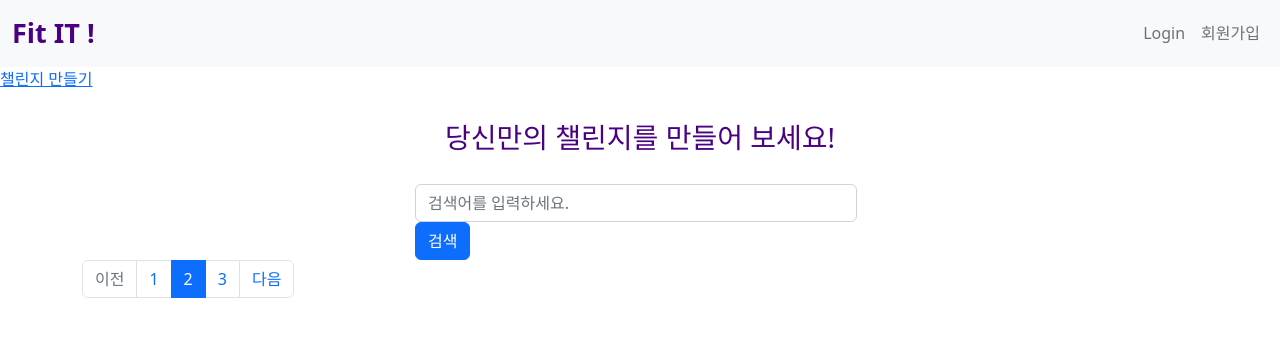
Repository: 4everGirls/Fit-IT-FRONT
Page: /makeChallenge (app in FrontEnd/fit-it/)
The author's editor kept a copy of each file at every save. The page is drawn from the files as they stood at one save, then again after a run of saves.
The browser window is 1280 px wide. The pictures show the whole page.
The project was rebuilt for these pictures with package versions that can differ from the ones it lists, and the page was loaded fresh each time. Also part of the build but not shown: FrontEnd/fit-it/vue.config.js, FrontEnd/fit-it/src/views/HomeView.vue, FrontEnd/fit-it/src/components/user/RegistUser.vue, FrontEnd/fit-it/src/components/user/LoginUser.vue.

Above is the page before, as saved 2022-11-20 12:29:39.

### FrontEnd/fit-it/public/index.html
<!DOCTYPE html>
<html lang="">
  <head>
    <meta charset="utf-8" />
    <meta http-equiv="X-UA-Compatible" content="IE=edge" />
    <meta name="viewport" content="width=device-width,initial-scale=1.0" />
    <link rel="icon" href="<%= BASE_URL %>favicon.ico" />
    <link
      href="https://cdn.jsdelivr.net/npm/bootstrap@5.2.2/dist/css/bootstrap.min.css"
      rel="stylesheet"
      integrity="sha384-Zenh87qX5JnK2Jl0vWa8Ck2rdkQ2Bzep5IDxbcnCeuOxjzrPF/et3URy9Bv1WTRi"
      crossorigin="anonymous"
    />
    <script
      src="https://cdn.jsdelivr.net/npm/bootstrap@5.2.2/dist/js/bootstrap.bundle.min.js"
      integrity="sha384-OERcA2EqjJCMA+/3y+gxIOqMEjwtxJY7qPCqsdltbNJuaOe923+mo//f6V8Qbsw3"
      crossorigin="anonymous"
    ></script>
    <title><%= htmlWebpackPlugin.options.title %></title>
  </head>
  <body>
    <noscript>
      <strong
        >We're sorry but <%= htmlWebpackPlugin.options.title %> doesn't work
        properly without JavaScript enabled. Please enable it to
        continue.</strong
      >
    </noscript>
    <div id="app"></div>
    <!-- built files will be auto injected -->
  </body>
</html>

### FrontEnd/fit-it/src/App.vue
<template>
  <div id="app">
    <header-nav/>

    <router-link to="/makeChallenge">챌린지 만들기</router-link>
    <router-view />

  </div>
</template>

<script>
import HeaderNav from "@/components/common/HeaderNav.vue";

export default {
  name: "App",
  components: {
    HeaderNav,
  }
}
</script>

<style>
* {
  margin: 0;
  padding: 0;
  box-sizing: border-box;
  list-style: none;
}

.text-center {
  text-align: center;
}

</style>

### FrontEnd/fit-it/src/router/index.js
import Vue from "vue";
import VueRouter from "vue-router";
import HomeView from "../views/HomeView.vue";
import RegistUser from "@/components/user/RegistUser.vue";
import LoginUser from "@/components/user/LoginUser.vue";
import MakeChallenge from "@/views/MakeChallengeView.vue";

Vue.use(VueRouter);

const routes = [
  {
    path: "/",
    name: "home",
    component: HomeView,
  },
  {
    path: "/login",
    name: "login",
    component: LoginUser,
  },
  {
    path: "/regist",
    name: "regist",
    component: RegistUser,
  },
  {
    path: "/makeChallenge",
    name: "makeChallenge",
    component: MakeChallenge,
  },
];

const router = new VueRouter({
  mode: "history",
  base: process.env.BASE_URL,
  routes,
});

export default router;

### FrontEnd/fit-it/src/store/index.js
import Vue from 'vue'
import Vuex from 'vuex'
import axios from 'axios';
import router from "@/router";
import createPersistedState from "vuex-persistedstate";

Vue.use(Vuex)

const REST_API = `http://localhost:9999`;

export default new Vuex.Store({
  plugins: [createPersistedState()],
  state: {
    loginUser: null,
    videos: [],
    video: null,
  },
  getters: {
  },
  mutations: {
    LOGIN_USER(state, user) {
      state.loginUser = user;
    },
    SEARCH_VIDEO(state, videos) {
      state.videos = videos
    },
  },
  actions: {
    loginUser({ commit }, user) {
      console.log(user);
      const API_URL = `${REST_API}/userApi/login`;
      axios({
        url: API_URL,
        method: "POST",
        data: user,
      })
      .then((res) => {
        if (res.data.message === "success") {
          commit("LOGIN_USER", user);
          sessionStorage.setItem("access-token", res.data["access-token"]);
          router.push({ name: "home" });
        } else {
          alert("로그인에 실패하였습니다.");
        }
      })
      .catch((err) => {
        console.log(err);
      });
    },
    createUser({ commit }, user) {
      const API_URL = `${REST_API}/userApi/signup`;

      axios({
        url: API_URL,
        method: "POST",
        data: user,
      })
      .then((res) => {
        commit;
        res;
        alert("회원 가입이 완료 되었습니다.");
        router.push("/login");
      })
      .catch((err) => {
        console.log(err);
      });
    },
    searchVideo({commit}, keyword) {
      const YOUTUBE_KEY = process.env.VUE_APP_YOUTUBE_API_KEY;
      const API_URL = `https://www.googleapis.com/youtube/v3/search`;
      console.log(keyword);
      axios({
        url: API_URL,
        // method: "GET",
        params: {
          key: YOUTUBE_KEY,
          part: 'snippet',
          q: keyword,
          type: 'video',
          maxResults: 4,
        }
      })
        .then((res) => {
          console.log(res.data.items);
          commit("SEARCH_VIDEO", res.data.items)
        })
        .catch((err) => console.log(err));
    },
  },
  modules: {
  }
})

### FrontEnd/fit-it/src/components/common/HeaderNav.vue
<template>
    <header>
    <!-- 로그인 전 (login, )-->
    <!-- Nav Bar 오른쪽 정렬 -->
    <nav class="navbar navbar-expand-sm bg-light navbar-light">
        <div class="container-fluid">
            <router-link to="/" class="navbar-brand nav-link">Fit IT !</router-link>
            <div class="collapse navbar-collapse justify-content-end" id="collapsibleNavbar">
                <ul class="navbar-nav">
                <li class="nav-item">
                    <router-link to="/login" class="nav-link">Login</router-link>
                </li>
                <li class="nav-item">
                    <router-link to="/regist" class="nav-link">회원가입</router-link>
                </li>
                </ul>
            </div>
        </div>
    </nav>
    </header>
</template>

<script>
export default {
name: "HeaderNav",
};
</script>

<style>
.navbar-brand {
color: indigo;
font-weight: 750;
font-size: 27px;
}
</style>

### FrontEnd/fit-it/src/views/MakeChallengeView.vue
<template>
  <div class="container">
    <!--search-container-->
    <div class="row">
        <search-video></search-video>
        <search-result></search-result>
    </div>
    <!--result form-->
    <div></div>
  </div>
</template>

<script>
import SearchVideo from '@/components/challenge/MakeChallenge/SearchVideo.vue';
import SearchResult from '@/components/challenge/MakeChallenge/SearchResult.vue';

export default {
    name: "MakeChallenge",
    components: {
        SearchVideo,
        SearchResult,
    }
}
</script>

<style>

</style>

### FrontEnd/fit-it/src/components/challenge/MakeChallenge/SearchVideo.vue
<template>
  <div class="container">
    <div class="flex-container">
      <div class="flex-item">
        <h3 class="title">당신만의 챌린지를 만들어 보세요!</h3>
      </div>
      <div class="row">
          <div class="col">
            <form class="d-flex col" role="search">
              <input
                class="form-control me-2"
                type="search"
                placeholder="검색어를 입력하세요."
                aria-label="Search"
                size="40"
                v-on:keydown.enter.prevent="search"
                v-model="keyword"
              />
            </form>
            <div class="col">
              <button class="btn btn-primary" type="submit" @click="search">
                검색
              </button>
            </div>
          </div>
      </div>
    </div>
  </div>
</template>

<script>
export default {
  name: "SearchVideo",
  data() {
    return {
      keyword: "",
    };
  },
  methods: {
    search() {
      if (this.keyword !== "") {
        let value = this.keyword && this.keyword.trim();
        this.$store.dispatch("searchVideo", value);
        this.clearInput();
      } else {
        alert("검색어를 입력하세요.");
      }
    },
    clearInput() {
      this.keyword = "";
    },
  },
};
</script>

<style scoped>
.title {
  margin: 30px;
  color: indigo;
  font-weight: 350;
}
.flex-container {
  display: flex;
  justify-content: center;
  align-items: center;
  flex-direction: column;
}
.searchContainer {
}
</style>

### FrontEnd/fit-it/src/components/challenge/MakeChallenge/SearchResult.vue
<template>
  <div class="result-container">
    <li v-for="video in videos"
          :key="video.videoId"
          :video="video">
    <div class="list-container column">
      <div class="card" style="width: 18rem">
        <img
          class="card-img-top"
          :src="video.snippet.thumbnails.high.url"
          alt="video-img"
        />
        <div class="card-body">
          <p class="card-text">
            {{ video.snippet.title }}
          </p>
          <button>추가</button>
        </div>
      </div>
    </div>
    </li>
    <!--Pagination-->
    <footer>
      <ul class="pagination">
        <li class="page-item disabled">
          <span class="page-link">이전</span>
        </li>
        <li class="page-item"><a class="page-link" href="#">1</a></li>
        <li class="page-item active" aria-current="page">
          <span class="page-link">2</span>
        </li>
        <li class="page-item"><a class="page-link" href="#">3</a></li>
        <li class="page-item">
          <a class="page-link" href="#">다음</a>
        </li>
      </ul>
    </footer>
  </div>
</template>

<script>
import { mapState } from "vuex";
export default {
  name: "SearchResult",
  computed: {
    ...mapState(["videos", "video"]),
  },
};
</script>

<style></style>

Loaded but not shown: FrontEnd/fit-it/src/main.js (common file)

After the next 3 saves:
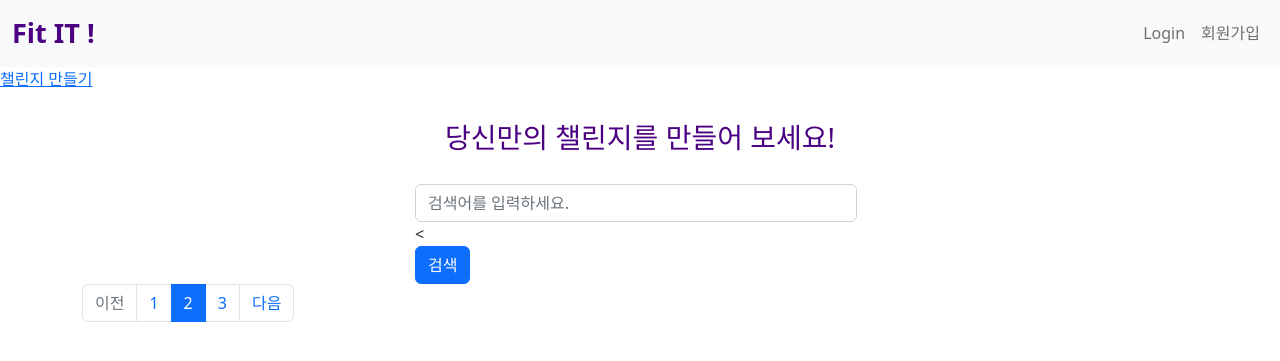
The 3 saves are shown as one change because they came seconds apart.
The last was saved 111 s later.
--- a/FrontEnd/fit-it/src/components/challenge/MakeChallenge/SearchVideo.vue
+++ b/FrontEnd/fit-it/src/components/challenge/MakeChallenge/SearchVideo.vue
@@ -17,6 +17,8 @@
                 v-model="keyword"
               />
             </form>
+
+            <
             <div class="col">
               <button class="btn btn-primary" type="submit" @click="search">
                 검색
